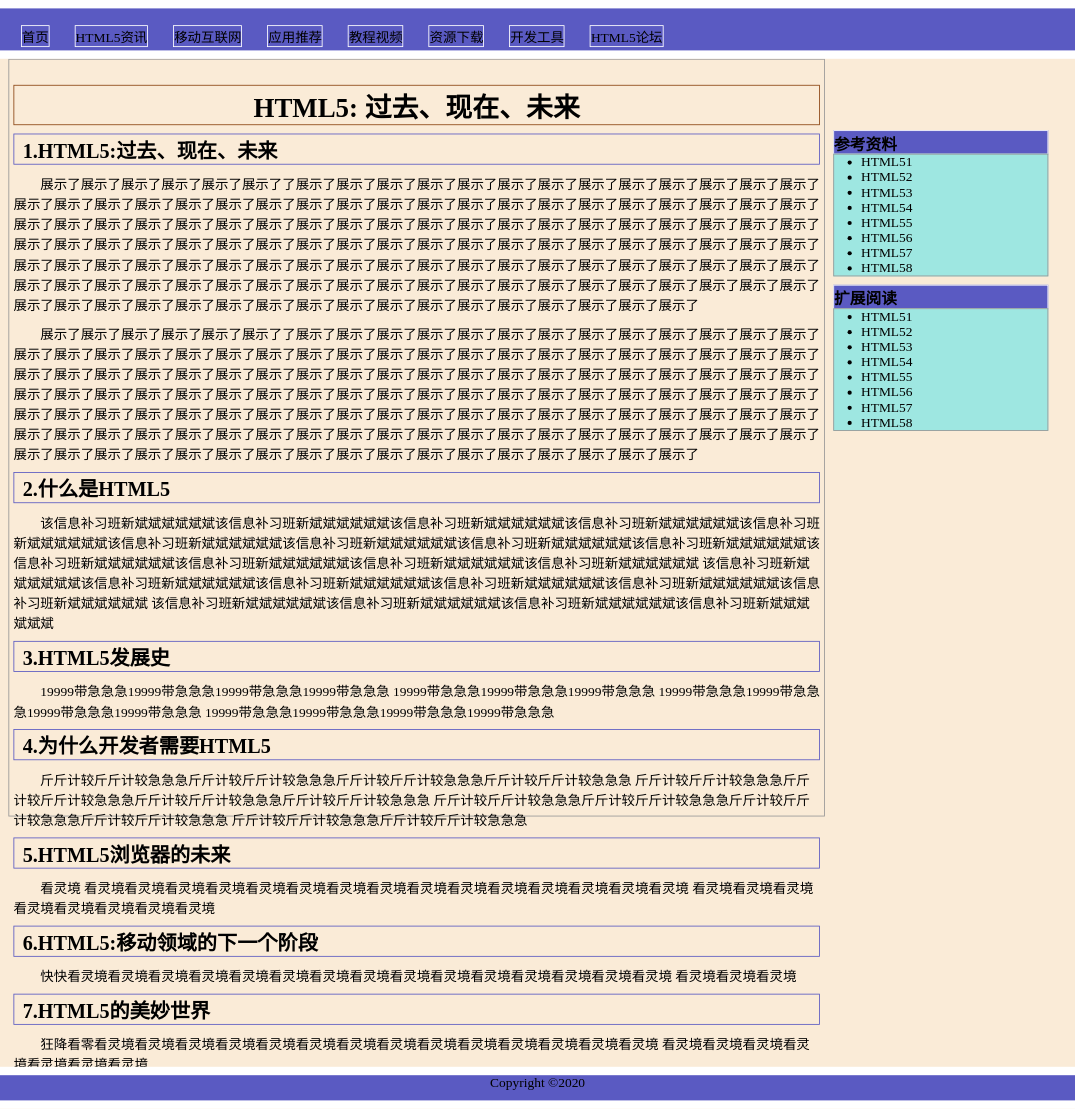
Repository: LstHeart/html-learning
Page: css/案例作业2.html
An editor plug-in stored every save of this project. The page is shown before and after the next save, followed by the edit.
The browser window is 1280 px wide. The pictures show the whole page, at 84% of full size.

Above is the page before, as saved 2021-01-05 23:06:59.

### css/案例作业2.html
<!DOCTYPE html>
<html lang="en">
<head>
    <meta charset="UTF-8">
    <meta name="viewport" content="width=device-width, initial-scale=1.0">
    <title>HTML5</title>
    <link rel="stylesheet" href="html5.css">
</head>
<body>
    <div class="header">
        <ul class="head-ul">
            <li>首页</li>
            <li>HTML5资讯</li>
            <li>移动互联网</li>
            <li>应用推荐</li>
            <li>教程视频</li>
            <li>资源下载</li>
            <li>开发工具</li>
            <li>HTML5论坛</li>
        </ul>
    </div>
    <div class="content">

        <div class="leftside">
            <h1>HTML5: 过去、现在、未来</h1>
            <h2 class="position">1.HTML5:过去、现在、未来</h2>
            <p>展示了展示了展示了展示了展示了展示了了展示了展示了展示了展示了展示了展示了展示了展示了展示了展示了展示了展示了展示了展示了展示了展示了展示了展示了展示了展示了展示了展示了展示了展示了展示了展示了展示了展示了展示了展示了展示了展示了展示了展示了展示了展示了展示了展示了展示了展示了展示了展示了展示了展示了展示了展示了展示了展示了展示了展示了展示了展示了展示了展示了展示了展示了展示了展示了展示了展示了展示了展示了展示了展示了展示了展示了展示了展示了展示了展示了展示了展示了展示了展示了展示了展示了展示了展示了展示了展示了展示了展示了展示了展示了展示了展示了展示了展示了展示了展示了展示了展示了展示了展示了展示了展示了展示了展示了展示了展示了展示了展示了展示了展示了展示了展示了展示了展示了展示了展示了展示了展示了展示了展示了展示了展示了展示了展示了展示了展示了展示了展示了展示了展示了展示了展示了展示了展示了展示了展示了</p>
            <p>展示了展示了展示了展示了展示了展示了了展示了展示了展示了展示了展示了展示了展示了展示了展示了展示了展示了展示了展示了展示了展示了展示了展示了展示了展示了展示了展示了展示了展示了展示了展示了展示了展示了展示了展示了展示了展示了展示了展示了展示了展示了展示了展示了展示了展示了展示了展示了展示了展示了展示了展示了展示了展示了展示了展示了展示了展示了展示了展示了展示了展示了展示了展示了展示了展示了展示了展示了展示了展示了展示了展示了展示了展示了展示了展示了展示了展示了展示了展示了展示了展示了展示了展示了展示了展示了展示了展示了展示了展示了展示了展示了展示了展示了展示了展示了展示了展示了展示了展示了展示了展示了展示了展示了展示了展示了展示了展示了展示了展示了展示了展示了展示了展示了展示了展示了展示了展示了展示了展示了展示了展示了展示了展示了展示了展示了展示了展示了展示了展示了展示了展示了展示了展示了展示了展示了展示了</p>
            <h2>2.什么是HTML5</h2>
            <p>该信息补习班新斌斌斌斌斌斌该信息补习班新斌斌斌斌斌斌该信息补习班新斌斌斌斌斌斌该信息补习班新斌斌斌斌斌斌该信息补习班新斌斌斌斌斌斌该信息补习班新斌斌斌斌斌斌该信息补习班新斌斌斌斌斌斌该信息补习班新斌斌斌斌斌斌该信息补习班新斌斌斌斌斌斌该信息补习班新斌斌斌斌斌斌该信息补习班新斌斌斌斌斌斌该信息补习班新斌斌斌斌斌斌该信息补习班新斌斌斌斌斌斌
                该信息补习班新斌斌斌斌斌斌该信息补习班新斌斌斌斌斌斌该信息补习班新斌斌斌斌斌斌该信息补习班新斌斌斌斌斌斌该信息补习班新斌斌斌斌斌斌该信息补习班新斌斌斌斌斌斌
                该信息补习班新斌斌斌斌斌斌该信息补习班新斌斌斌斌斌斌该信息补习班新斌斌斌斌斌斌该信息补习班新斌斌斌斌斌斌
            </p>
            <h2>3.HTML5发展史</h2>
            <p>19999带急急急19999带急急急19999带急急急19999带急急急
                19999带急急急19999带急急急19999带急急急
                19999带急急急19999带急急急19999带急急急19999带急急急
                19999带急急急19999带急急急19999带急急急19999带急急急
            </p>
            <h2>4.为什么开发者需要HTML5</h2>
            <p>斤斤计较斤斤计较急急急斤斤计较斤斤计较急急急斤斤计较斤斤计较急急急斤斤计较斤斤计较急急急
                斤斤计较斤斤计较急急急斤斤计较斤斤计较急急急斤斤计较斤斤计较急急急斤斤计较斤斤计较急急急
                斤斤计较斤斤计较急急急斤斤计较斤斤计较急急急斤斤计较斤斤计较急急急斤斤计较斤斤计较急急急
                斤斤计较斤斤计较急急急斤斤计较斤斤计较急急急
            </p>
            <h2>5.HTML5浏览器的未来</h2>
            <p>看灵境
                看灵境看灵境看灵境看灵境看灵境看灵境看灵境看灵境看灵境看灵境看灵境看灵境看灵境看灵境看灵境
                看灵境看灵境看灵境看灵境看灵境看灵境看灵境看灵境
            </p>
            <h2>6.HTML5:移动领域的下一个阶段</h2>
            <p>快快看灵境看灵境看灵境看灵境看灵境看灵境看灵境看灵境看灵境看灵境看灵境看灵境看灵境看灵境看灵境
                看灵境看灵境看灵境
            </p>
            <h2>7.HTML5的美妙世界</h2>
            <p>狂降看零看灵境看灵境看灵境看灵境看灵境看灵境看灵境看灵境看灵境看灵境看灵境看灵境看灵境看灵境
                看灵境看灵境看灵境看灵境看灵境看灵境看灵境
            </p>
        </div>
        <div class="rightside">
            <h3>参考资料</h3>
            <ul>
                <li>HTML51</li>
                <li>HTML52</li>
                <li>HTML53</li>
                <li>HTML54</li>
                <li>HTML55</li>
                <li>HTML56</li>
                <li>HTML57</li>
                <li>HTML58</li>
            </ul>
            <h3>扩展阅读</h3>
            <ul>
                <li>HTML51</li>
                <li>HTML52</li>
                <li>HTML53</li>
                <li>HTML54</li>
                <li>HTML55</li>
                <li>HTML56</li>
                <li>HTML57</li>
                <li>HTML58</li>
            </ul>
        </div>
    </div>
    <div class="footer">
        Copyright &copy;2020
    </div>
</body>
</html>

### css/html5.css
*{
    padding: 0;
    margin: 0;
}
li{
    list-style: none;
}
a{
    text-decoration: none;
}
.header{
    padding:10px 0;
}
 .head-ul{
    /* margin: 10px auto; */
    padding-left: 10px;
    padding-bottom: 10px;
    /* background-color: rgb(248, 4, 4); */
    position: absolute;
    overflow: hidden;
}
.header,.footer{
    height: 30px;
    background-color: #5a5ac2;
    margin: 10px auto;
    text-align: center;
}
.header li{
    float: left;
    margin:10px 15px;
    border:#fff solid 1px;

}
.content{
    background-color:antiquewhite;
    height: 1200px;
    margin: 10px auto;

    overflow: hidden;
    /* overflow-wrap: break-word; */
}
.content h1{
    border: 1px saddlebrown solid;
    text-align: center;
    font-family: '黑体';
    margin-top: 30px;
    margin-bottom: 10px;

}
.leftside .position{
    /* position: absolute; */
    border:#5a5ac2 1px solid;
    padding-left: 10px;
}
.content .leftside,.rightside{
    float: left;
    height: 900px;
    /* width: 400px; */
    /* padding: 0 20px; */
}
.content .leftside{
    width: 75%;
    margin: 0 10px;
    padding: 0 5px;
    border: 1px solid rgb(151, 151, 151);
}
.content .rightside{
    position: relative;
    margin-top:85px;
    width: 20%;
}
.content h2{
    border:#5a5ac2 1px solid;
    padding-left: 10px;
}
.content p{
    font-family: '楷体';
    text-indent: 2em;
    margin: 10px 0;
    /* line-height: 1; */
}
.content h3{
    font-family: '黑体';
    border: 1px solid #ffffff;
    background-color: #5a5ac2;
}
.content ul{
    background-color: #9ee7e1;
    /* margin:0 10px 0; */
    border: 1px solid rgb(151, 151, 151);
    margin-top: -1px;
    margin-bottom: 10px;
}
.content ul li{
    list-style:disc;
    margin-left: 2em;
}
.footer{
    margin: o auto;
}

After the next save:
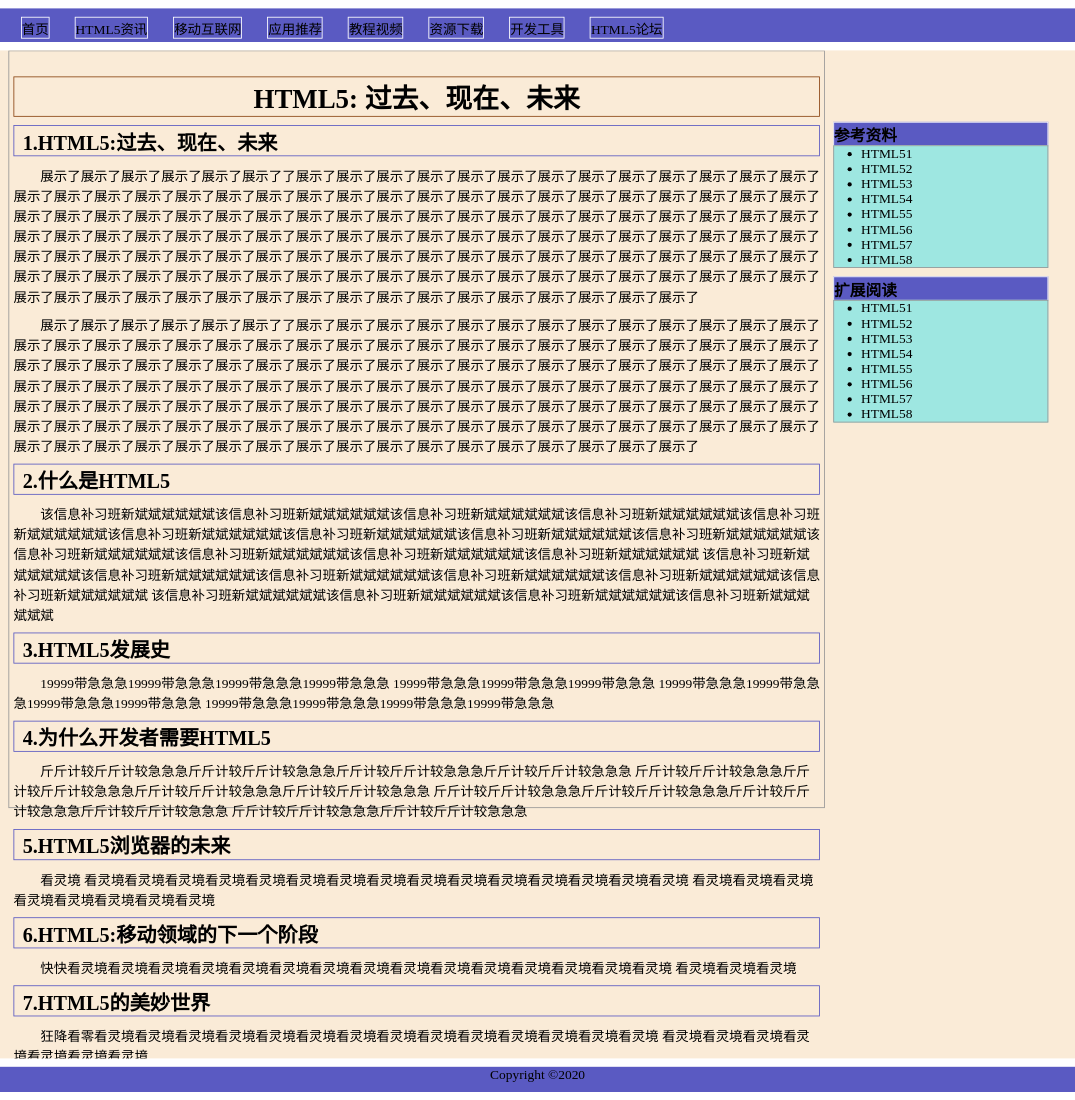
Saved 12 s later.
--- a/css/html5.css
+++ b/css/html5.css
@@ -9,7 +9,7 @@ a{
     text-decoration: none;
 }
 .header{
-    padding:10px 0;
+    padding-bottom:10px;
 }
  .head-ul{
     /* margin: 10px auto; */
